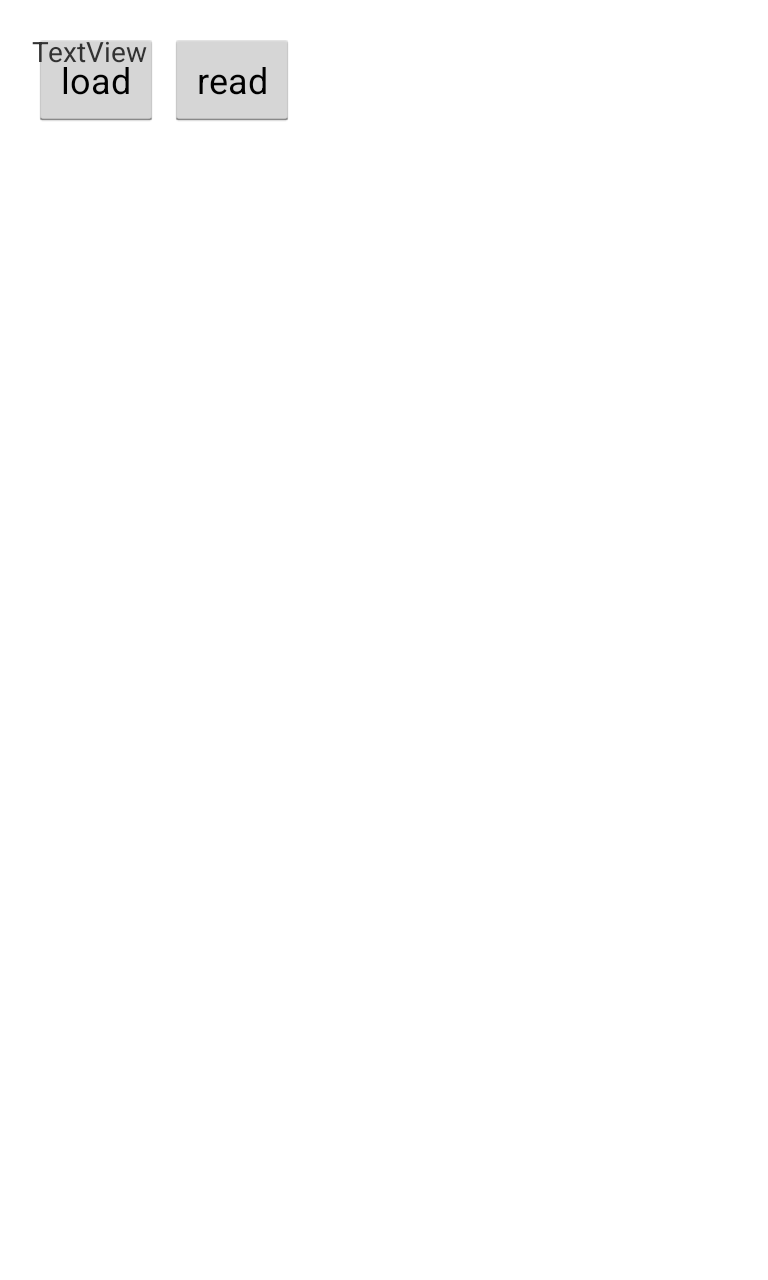
Repository: DongHuaLu/android
Layout: 35LoadImage/res/layout/activity_main.xml
An editor plug-in stored every save of this project. The layout is shown before and after the next save, followed by the edit.
It is drawn on a 768 x 1280 px phone screen (xhdpi) without system bars, with theme AppTheme; the app's code is not run.

Above is the layout before, as saved 2013-09-02 07:24:44.

After the next save:
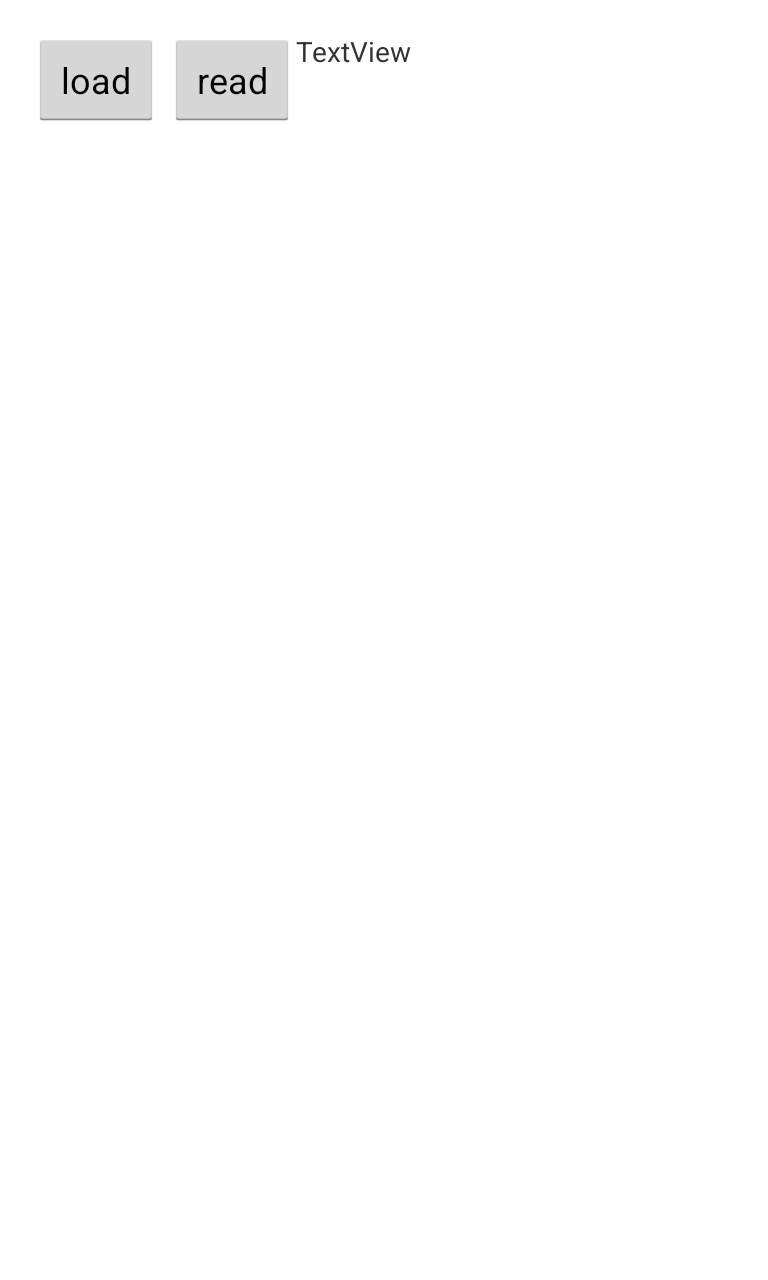
Saved 43 s later.
--- a/35LoadImage/res/layout/activity_main.xml
+++ b/35LoadImage/res/layout/activity_main.xml
@@ -20,21 +20,6 @@
             android:onClick="load"
             android:text="load" />
 
-        <ScrollView
-            android:layout_width="wrap_content"
-            android:layout_height="wrap_content" >
-
-            <TextView
-                android:id="@+id/tv"
-                android:layout_width="wrap_content"
-                android:layout_height="wrap_content"
-                android:layout_alignBottom="@+id/button2"
-                android:layout_alignParentRight="true"
-                android:layout_alignParentTop="true"
-                android:layout_toRightOf="@+id/button2"
-                android:text="TextView" />
-        </ScrollView>
-
         <Button
             android:id="@+id/button2"
             android:layout_width="wrap_content"
@@ -44,6 +29,26 @@
             android:layout_marginLeft="68dp"
             android:onClick="read"
             android:text="read" />
+
+        <ScrollView
+            android:layout_width="wrap_content"
+            android:layout_height="wrap_content"
+            android:layout_alignBottom="@+id/button2"
+            android:layout_alignParentRight="true"
+            android:layout_alignParentTop="true"
+            android:layout_toRightOf="@+id/button2" >
+
+            <TextView
+                android:id="@+id/tv"
+                android:layout_width="match_parent"
+                android:layout_height="match_parent"
+                android:layout_alignBottom="@+id/button2"
+                android:layout_alignParentRight="true"
+                android:layout_alignParentTop="true"
+                android:layout_toRightOf="@+id/button2"
+                android:text="TextView" />
+        </ScrollView>
+
     </RelativeLayout>
 
     <ImageView
